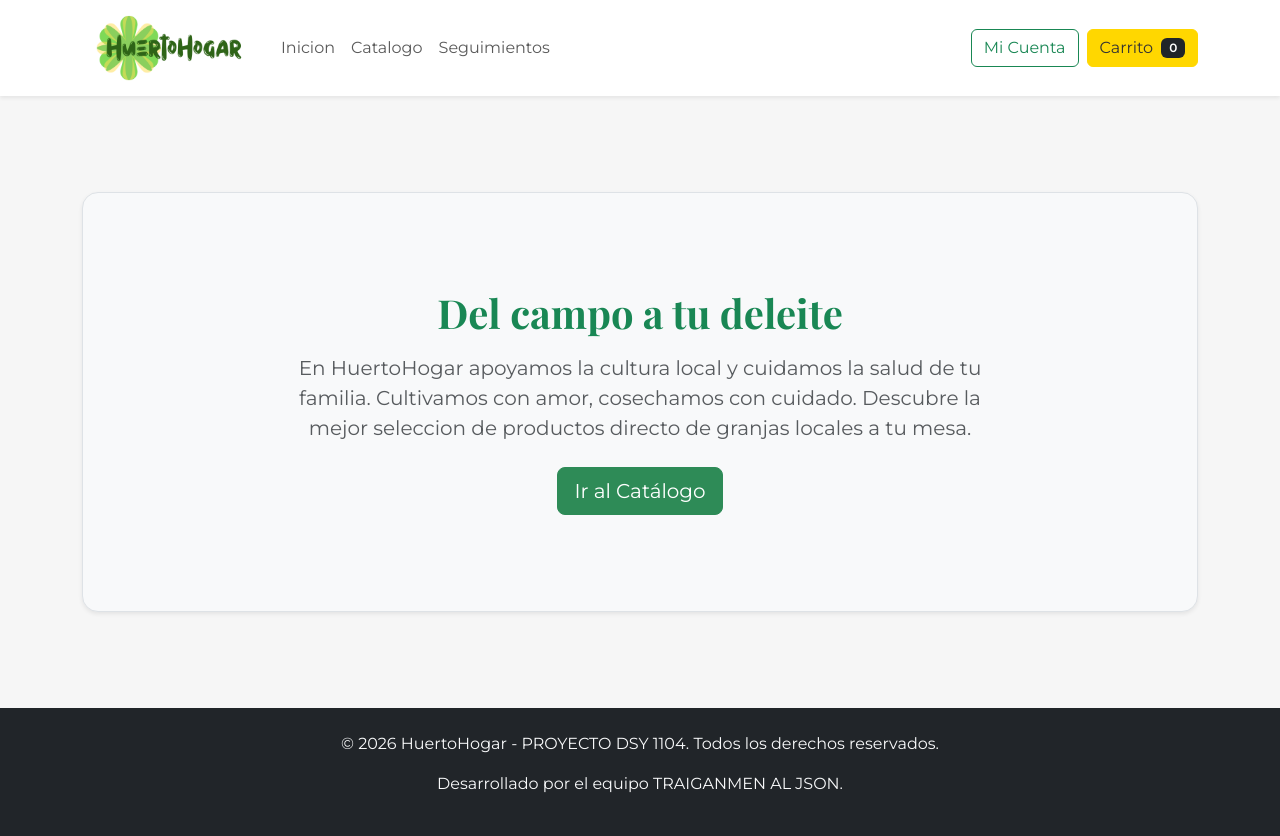
Repository: RottZen/Ev_1_Huerto_Hogar
Page: 1_inicio/index.html
The author's editor kept a copy of each file at every save. The page is drawn from the files as they stood at one save, then again after the next save.
The browser window is 1280 px wide. The pictures show the whole page.

Above is the page before, as saved 2026-09-08 16:31:53.

After the next save:
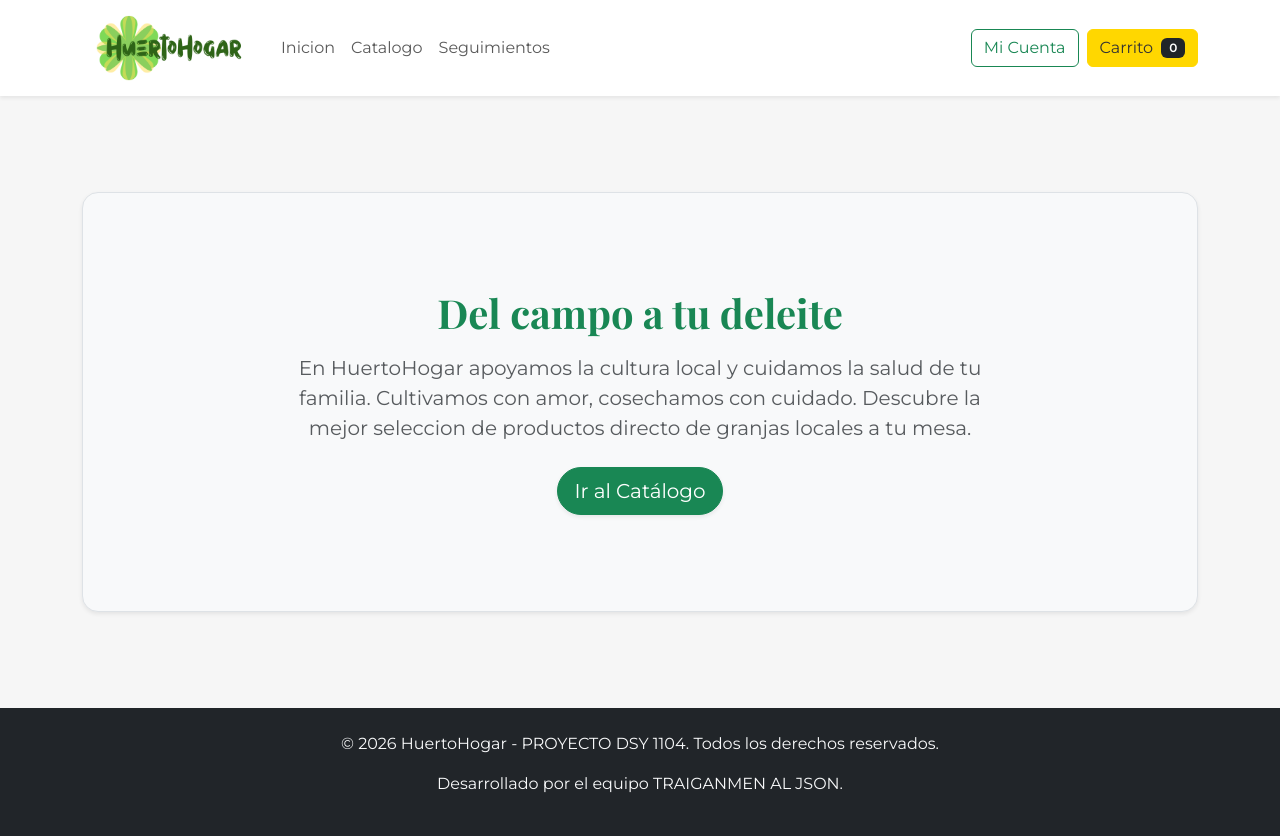
Saved 65 s later.
--- a/1_inicio/index.html
+++ b/1_inicio/index.html
@@ -49,7 +49,7 @@
                         <h1 class="fw-bold text-success mb-3" style="font-family: 'Playfair Display' serif;">Del campo a tu deleite</h1>
                         <p class="lead text-muted mb-4">En HuertoHogar apoyamos la cultura local y cuidamos la salud de tu familia. Cultivamos con amor, cosechamos con cuidado. Descubre la mejor seleccion de productos directo de granjas locales a tu mesa.</p>
                         <!-- btn catalogo -->
-                        <a href="../2_catalogo/catalogo.html" class="btn btn-primary btn-lg px4 gap-3">Ir al Catálogo</a>
+                        <a href="../2_catalogo/catalogo.html" class="btn btn-success btn-lg px4 rounded-pill shadow-sm">Ir al Catálogo</a>
 
                     </div>
                 </div>
